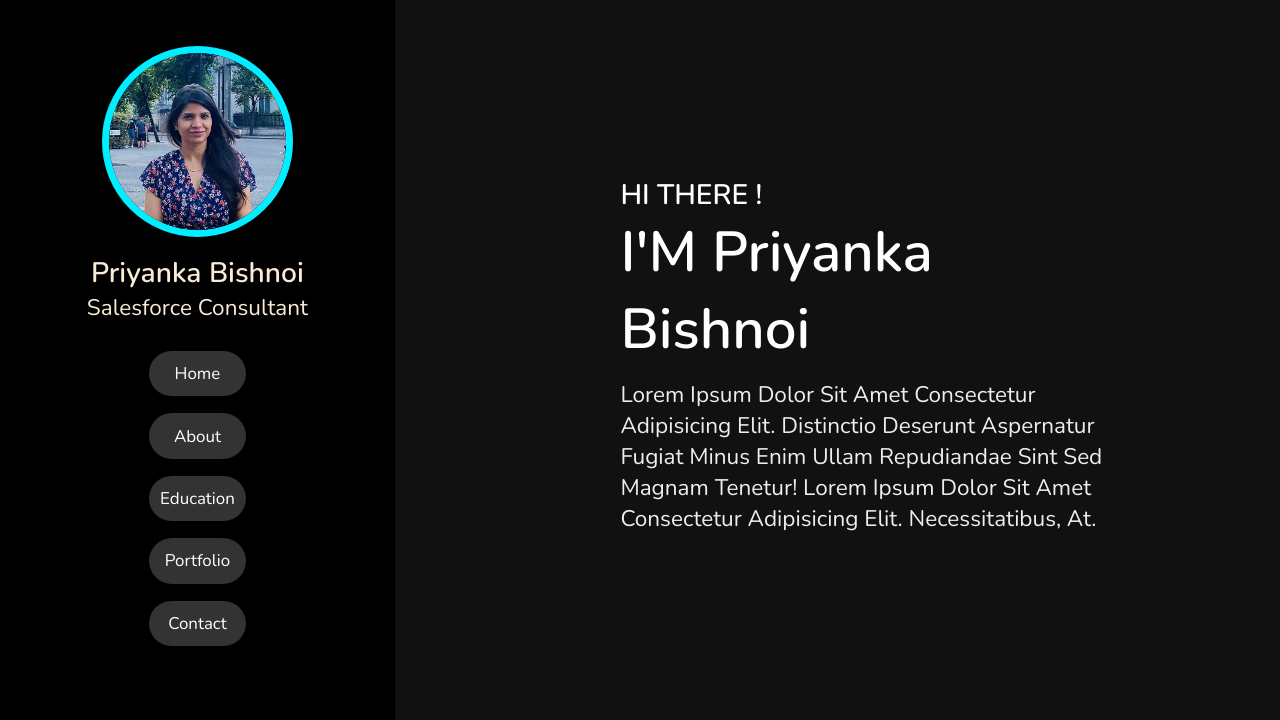
Repository: priyanka-bishnoi/PortfolioPage
Page: MyPage.html
The author's editor kept a copy of each file at every save. The page is drawn from the files as they stood at one save, then again after the next save.
The browser window is 1280 px wide. The pictures show the whole page.

Above is the page before, as saved 2022-10-08 16:49:31.

After the next save:
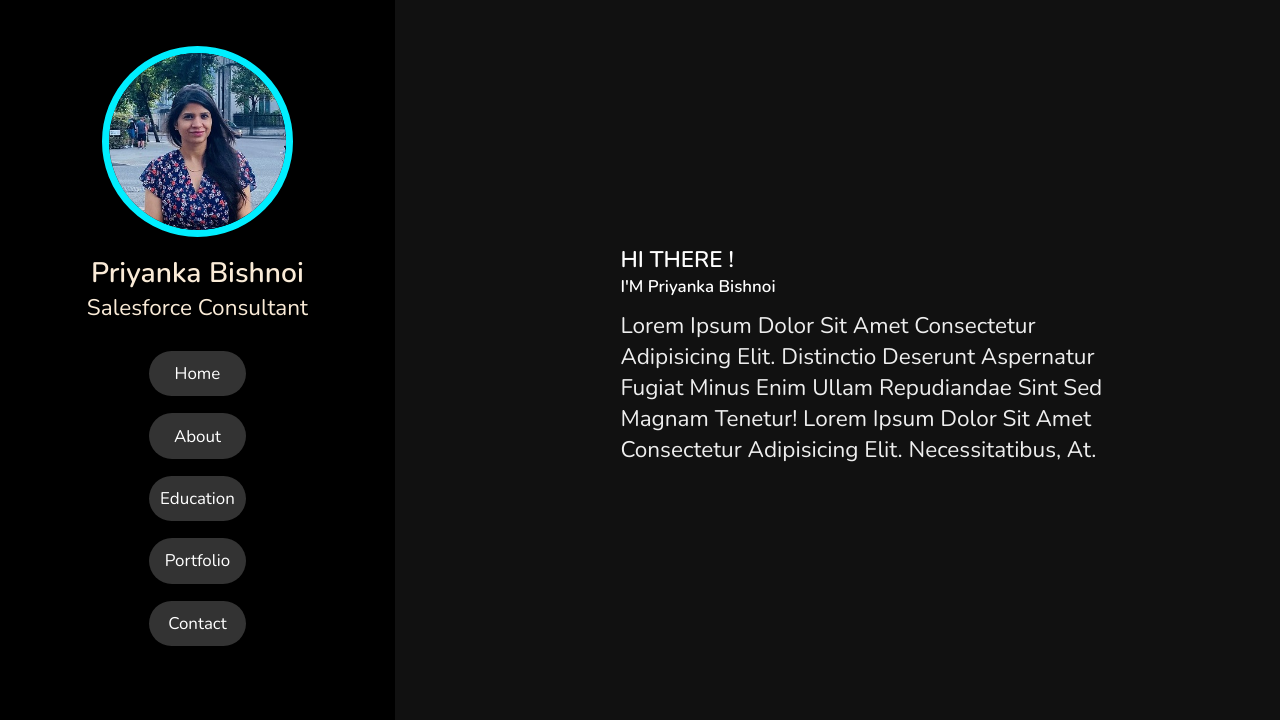
Saved 2 min 5 s later.
--- a/css/style.css
+++ b/css/style.css
@@ -86,12 +86,12 @@ header .navBar ul li a:hover{
 }
 
 .home h3{
-    font-size: 2.5rem;
+    font-size: 2rem;
     color:#fff;
 }
 
 .home h1{
-    font-size:5rem;
+    font-size:1.5rem;
     color:#fff;
 }
 
